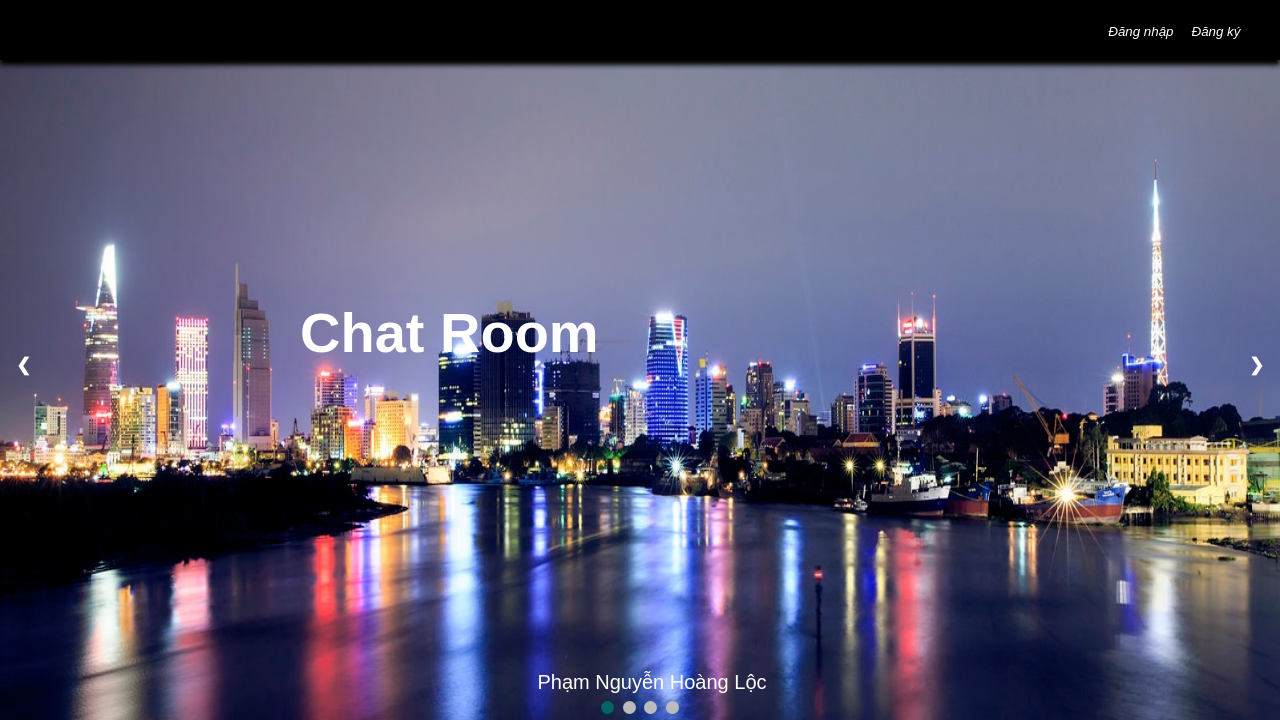
Repository: viplocpro/jsp
Page: ChatServlet/WebContent/index.html
An editor plug-in stored every save of this project. The page is shown before and after a run of saves, followed by the edit.
The browser window is 1280 px wide. The pictures show the whole page.

Above is the page before, as saved 2016-10-13 03:11:10.

### ChatServlet/WebContent/index.html
<!DOCTYPE html>
<html>
<head>
<meta charset="UTF-8">
<link rel="stylesheet" type="text/css" href="style/style.css">
<script src="javascript/test.js" type="text/javascript"></script>
<title>Hello UIT</title>
</head>
<body>
<div id ="menu">
	<!-- ul class="menu-1">
		<li class="home-menu-1"><img src="image/home.png" width="40px" height="35px"></li>
		<li>TRANG CHỦ</li>
		<li>GIỚI THIỆU</li>
		<li>HỒ SƠ</li>
	</ul>-->
	<ul class="menu-2">
		<a href="register"><li>Đăng ký</li></a>
		<a href="login"><li>Đăng nhập</li></a>
	</ul>
</div>
<div id="content" class="slideshow-container" >
	  	<div class="mySlides fade" style="background-image:url(image/i1.jpg);width:100%; height: 100%; background-size:100% 100%;">
	    	<div class="numbertext">1 / 4</div>
	    	<div class="text">Phạm Nguyễn Hoàng Lộc</div>
	  	</div>

	  	<div class="mySlides fade" style="background-image:url(image/i2.jpg);width:100%; height: 100%; background-size:100% 100%;">
	    	<div class="numbertext">2 / 4</div>
	    	<div class="text">Hồ Thanh Bình</div>
	  	</div>

	  	<div class="mySlides fade" style="background-image:url(image/i5.jpg);width:100%; height: 100%; background-size:100% 100%;">
	    	<div class="numbertext">3 / 4</div>
	    	<div class="text">Nguyễn Văn Duy</div>
	  	</div>

	  	<div class="mySlides fade" style="background-image:url(image/i4.jpg);width:100%; height: 100%; background-size:100% 100%;">
	    	<div class="numbertext">4 / 4</div>
	    	<div class="text">Hà Đại Dương</div>
	  	</div>

	  	<a class="prev" onclick="plusSlides(-1)">&#10094;</a>
	  	<a class="next" onclick="plusSlides(1)">&#10095;</a>

	 	<div id="dot" style="text-align:center">
		  <span class="dot" onclick="currentSlide(1)"></span>
		  <span class="dot" onclick="currentSlide(2)"></span>
		  <span class="dot" onclick="currentSlide(3)"></span>
		  <span class="dot" onclick="currentSlide(4)"></span>
		</div>
</div>
<div class="banner">
	Chat Room
</div>
<script>

var slideIndex = 1;
showSlides(slideIndex);

setInterval(function(){
	slideIndex++;
	showSlides(slideIndex);
}, 10000);


function plusSlides(n) {
  showSlides(slideIndex += n);
}

function currentSlide(n) {
  showSlides(slideIndex = n);
}

function showSlides(n) {
  var i;
  var slides = document.getElementsByClassName("mySlides");
  var dots = document.getElementsByClassName("dot");

  if (n > slides.length) {slideIndex = 1}
  if (n < 1) {slideIndex = slides.length}
  for (i = 0; i < slides.length; i++) {
      slides[i].style.display = "none";
  }
  for (i = 0; i < dots.length; i++) {
      dots[i].className = dots[i].className.replace(" active", "");
  }
  slides[slideIndex-1].style.display = "block";
  dots[slideIndex-1].className += " active";
}
</script>
</body>
</html>

### ChatServlet/WebContent/style/style.css
*{
	padding:0;
	margin:0;
}

a{
	color: white;
}

a:hover{
	color:#ff405c;
}

body{
	padding:0px;
	margin:0px;
	position:fixed;
	width:100%;
  	height:100%;
  	font-family: Arial,Helvetica,sans-serif;
}
#content
{
	width:100%;
  	height:100%;
  	z-index:0;
}
#menu
{
	width: 100%;
	height: 60px;
	z-index:1;
	position: absolute;
	//border: 1px solid white;
	//border-radius: 12px;
	//margin-left: 58%;
	color: white;
	//background-image: url(../image/bg-menu.jpg);
	background-size: 100% 100%;
	//border-bottom: 2px solid #444;
	background: black;
	box-shadow: 0px 5px 5px 0px black;
}
#menu ul
{
	position: relative;
    top: 20px;
    margin-left: 50%;
    margin-right: 2%;
}
#menu ul.menu-1 li
{
	cursor: pointer;
	list-style-type: none;
	float: left;
    //width: 100px;
    text-align: center;
   	margin-left: 20px;
    padding: 4px;
}
#menu ul.menu-1 li.home-menu-1
{
	//margin-bottom:5px;
	margin-top: -13px;
}
{
	cursor: pointer;
	list-style-type: none;
	float: left;
    //width: 100px;
    text-align: center;
   	margin-left: 20px;
    padding: 4px;
}

#menu ul.menu-2 li
{
	cursor: pointer;
	list-style-type: none;
    text-align: center;
    float: right;
    font-style: italic;
    font-size: smaller;
    margin-right: 10px;
    padding: 4px;
}

#menu ul.menu-1 li:hover:not(.home-menu-1)
{
	//border-radius: 12px;
	//background-color:blue;
	//font-weight: bold;
	border-bottom: 3px solid #ff405c;
	color: #ff405c;
}
#menu ul.menu-2 li:hover
{
	color: orange;
}
/* Slideshow container */
.slideshow-container {
  position: relative;
  margin: auto;
}
/* Next & previous buttons */
.prev, .next {
  cursor: pointer;
  position: absolute;
  top: 50%;
  width: auto;
  margin-top: -22px;
  padding: 16px;
  color: white;
  font-weight: bold;
  font-size: 18px;
  transition: 0.6s ease;
  border-radius: 0 3px 3px 0;
}

/* Position the "next button" to the right */
.next {
  right: 0;
  border-radius: 3px 0 0 3px;
}

/* On hover, add a black background color with a little bit see-through */
.prev:hover, .next:hover {
  background-color: rgba(0,0,0,0.8);
}

/* Caption text */
.text {
  color: #f2f2f2;
  font-size: 20px;
  padding: 8px 12px;
  position: absolute;
  bottom: 18px;
  width: 100%;
  text-align: center;
  color: white;
}

/* Number text (1/3 etc) */
.numbertext {
  color: #f2f2f2;
  font-size: 12px;
  padding: 8px 12px;
  position: absolute;
  top: 0;
}

#dot
{
	position: inherit;
    bottom: 20px;
}

/* The dots/bullets/indicators */
.dot {
  cursor:pointer;
  height: 13px;
  width: 13px;
  margin: 0 2px;
  background-color: #bbb;
  border-radius: 50%;
  display: inline-block;
  transition: background-color 0.6s ease;
}

.banner{
	color: white;
	font-size: 350%;
	font-weight: bold;
	position: absolute;
	top: 300px;
	left: 300px;
}

.active, .dot:hover {
  background-color: #006464;
}

/* Fading animation */
.fade {
  -webkit-animation-name: fade;
  -webkit-animation-duration: 5s;
  animation-name: fade;
  animation-duration: 2s;
}

@-webkit-keyframes fade {
  from {opacity: .4}
  to {opacity: 1}
}

@keyframes fade {
  from {opacity: .4}
  to {opacity: 1}
}
.overlay {
    position: fixed;
    top: 0;
    left: 0;
    z-index: -1;
    display: block;
    background-color: black;
    opacity: 0;
    width: 100%;
    height: 100%;
    -webkit-transition: opacity 1s;
    -moz-transition: opacity 1s;
    -o-transition: opacity 1s;
    -ms-transition: opacity 1s;
    transition: opacity 1s;
}

### ChatServlet/WebContent/javascript/test.js
//var slideIndex = 1;
//showSlides(slideIndex);
//
//setInterval(function(){
//	slideIndex++;
//	showSlides(slideIndex);
//}, 5000);
//
//
//function plusSlides(n) {
//  showSlides(slideIndex += n);
//}
//
//function currentSlide(n) {
//  showSlides(slideIndex = n);
//}
//
//function showSlides(n) {
//  var i;
//  var slides = document.getElementsByClassName("mySlides");
//  var dots = document.getElementsByClassName("dot");
//
//  if (n > slides.length) {slideIndex = 1}
//  if (n < 1) {slideIndex = slides.length}
//  for (i = 0; i < slides.length; i++) {
//      slides[i].style.display = "none";
//  }
//  for (i = 0; i < dots.length; i++) {
//      dots[i].className = dots[i].className.replace(" active", "");
//  }
//  slides[slideIndex-1].style.display = "block";
//  dots[slideIndex-1].className += " active";
//}

After the next 2 saves:
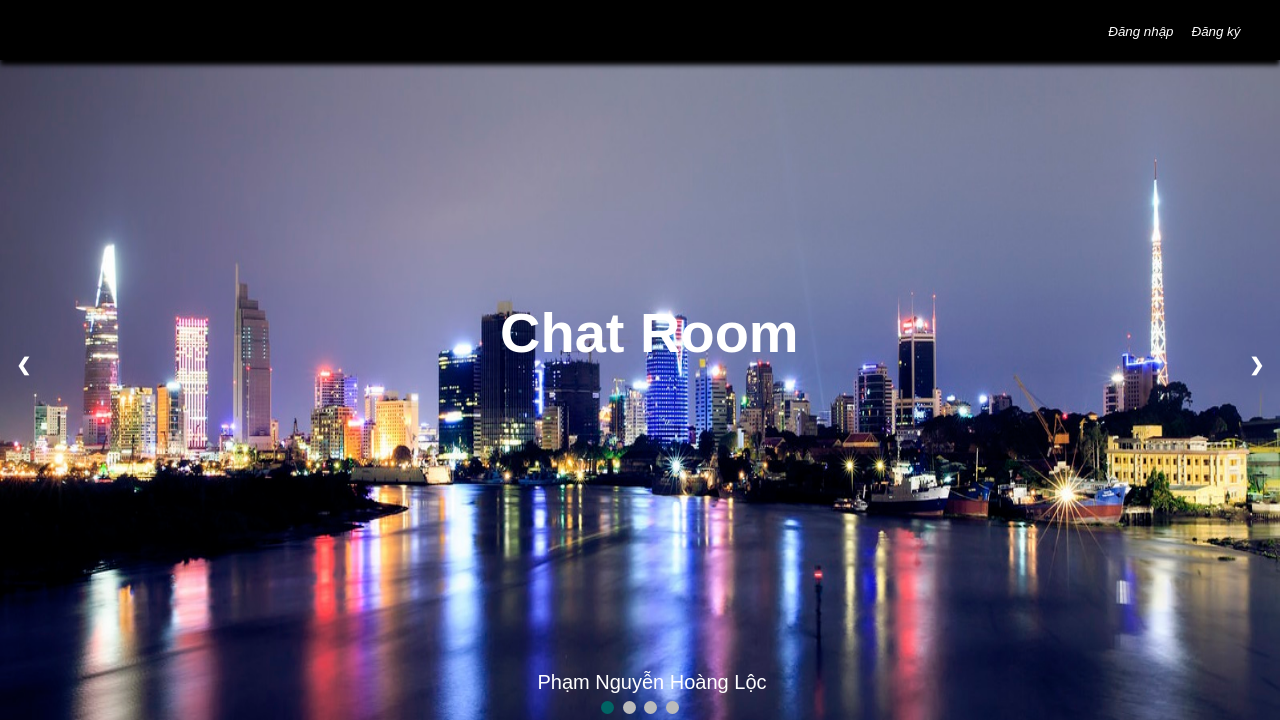
The 2 saves are shown as one change because they came seconds apart.
The last was saved 11 s later.
--- a/ChatServlet/WebContent/style/style.css
+++ b/ChatServlet/WebContent/style/style.css
@@ -173,7 +173,7 @@ body{
 	font-weight: bold;
 	position: absolute;
 	top: 300px;
-	left: 300px;
+	left: 500px;
 }
 
 .active, .dot:hover {
